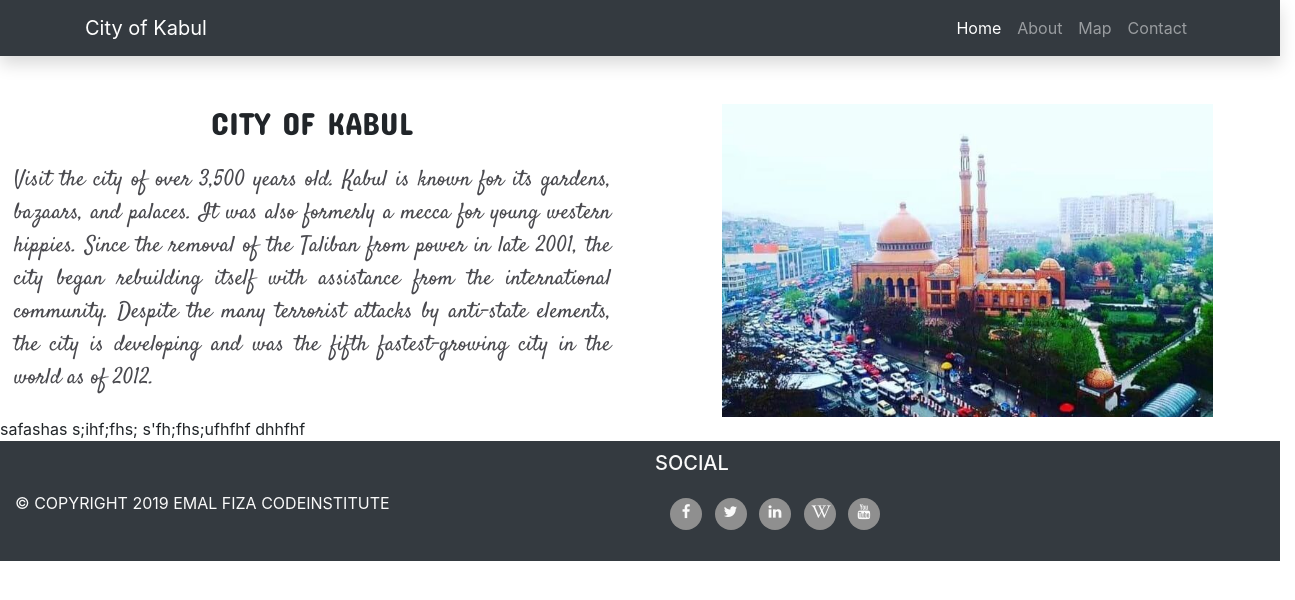
Repository: emalfiza/project-kabul
Page: about.html
The author's editor kept a record of every edit. The page is drawn from the files as they stood at one moment, then again after the next edit.
The browser window is 1280 px wide. The page is 1295 px wide, so the pictures cover 1295 px, including what lies to the right of the window. The pictures show the whole page.

Above is the page before.

### about.html
<!DOCTYPE html>
<html lang="en">

<head>
  <meta charset="UTF-8">
  <meta name="viewport" content="width=device-width, initial-scale=1.0">
  <meta http-equiv="X-UA-Compatible" content="ie=edge">
  <link rel="stylesheet" href="https://stackpath.bootstrapcdn.com/bootstrap/4.3.1/css/bootstrap.min.css" type="text/css" />
  <link rel="stylesheet" href="https://stackpath.bootstrapcdn.com/font-awesome/4.7.0/css/font-awesome.min.css" type="text/css" />
  <link rel="stylesheet" href="assets/css/style.css" type="text/css" />
  <title>City of Kabul</title>
</head>

<body>
  <header>

    <!------------------------------------------- Navigation -->

    <nav class="navbar navbar-expand-lg navbar-dark bg-dark static-top mb-5 shadow">
      <div class="container">
        <a class="navbar-brand" href="#">City of Kabul</a>
        <button class="navbar-toggler" type="button" data-toggle="collapse" data-target="#navbarResponsive" aria-controls="navbarResponsive" aria-expanded="false" aria-label="Toggle navigation">
          <span class="navbar-toggler-icon"></span>
        </button>
        <div class="collapse navbar-collapse" id="navbarResponsive">
          <ul class="navbar-nav ml-auto">
            <li class="nav-item active">
              <a class="nav-link" href="#">Home
                <span class="sr-only">(current)</span>
              </a>
            </li>
            <li class="nav-item">
              <a class="nav-link" href="#">About</a>
            </li>
            <li class="nav-item">
              <a class="nav-link" href="#">Map</a>
            </li>
            <li class="nav-item">
              <a class="nav-link" href="#">Contact</a>
            </li>
          </ul>
        </div>
      </div>
    </nav>

  </header>

  <!------------------------------------------ Page Content -->

  <section class="conrainer-fluid">
    <div class="row">
      <div class="col-sm-6">
        <h2 class="section-heading uppercase">City of Kabul</h2>
        <p class="section-paragraph">
          Visit the city of over 3,500 years old. Kabul is known for its gardens, bazaars, and palaces. It was also formerly a mecca for young western hippies. Since the removal of the Taliban from power in late 2001, the city began rebuilding itself with assistance
          from the international community. Despite the many terrorist attacks by anti-state elements, the city is developing and was the fifth fastest-growing city in the world as of 2012.
        </p>
      </div>
      <div class="col-sm-6 image-kb">
      </div>
    </div>
  </section>
  safashas
  s;ihf;fhs;
  s'fh;fhs;ufhfhf
  dhhfhf

  <section>

  </section>
  <section>

  </section>

  <!------------------------------------------------ Footer -->

  <footer class="container-fluid">
    <div class="row">
      <div class="col-sm-6">
        <p class="uppercase general-sub special">&copy; Copyright 2019 Emal Fiza CodeInstitute</p>
      </div>
      <div class="col-sm-6">
        <h5 class="uppercase general-sub">Social</h5>
        <ul class="list-inline social-links">
          <li class="list-inline-item">
            <a target="_blank" href="#">
              <i class="fa fa-facebook" aria-hidden="true"></i>
              <span class="sr-only">Facebook</span>
            </a>
          </li>
          <li class="list-inline-item">
            <a target="_blank" href="#">
              <i class="fa fa-twitter" aria-hidden="true"></i>
              <span class="sr-only">Twitter</span>
            </a>
          </li>
          <li class="list-inline-item">
            <a target="_blank" href="#">
              <i class="fa fa-linkedin" aria-hidden="true"></i>
              <span class="sr-only">LinkedIn</span>
            </a>
          </li>
          <li class="list-inline-item">
            <a target="_blank" href="#">
              <i class="fa fa-wikipedia-w" aria-hidden="true"></i>
              <span class="sr-only">Wikipedia</span>
            </a>
          </li>
          <li class="list-inline-item">
            <a target="_blank" href="#">
              <i class="fa fa-youtube" aria-hidden="true"></i>
              <span class="sr-only">YouTube</span>
            </a>
          </li>
        </ul>
      </div>
    </div>

  </footer>
</body>

</html>

### assets/css/style.css
@import url('https://fonts.googleapis.com/css?family=Concert+One|Satisfy&display=swap:100,200,300,400,500,600,700,800|satisfy:100,200,300,400,500,600,700,800');

/* -----------------------------------------------------Navbar --*/

.navbar-brand {
  color: #fafafa;
}

/* -- The bellow body css imported from the startbootstrap.com --*/

.image {
  background: url("../images/kabul.jpg") no-repeat center center fixed;
  background-size: cover;
  -webkit-background-size: cover;
  -moz-background-size: cover;
  -o-background-size: cover;
}

.image-kb {
  background: url("../images/city-kabul.jpeg") no-repeat center;
  background-size: 75% auto;
  max-width: 100%;
  height: auto;
  margin: 0;
}

.image-kb-culture {
  background: url("../images/kabul-culture.jpg") no-repeat center;
  background-size: 75% auto;
  max-width: 100%;
  height: auto;
  margin: 0;
}

/* -----------------------------------------------------Heading --*/

.title {
  font-family: "Concert One", sans-serif;
  font-weight: bolder;
  text-align: center;
  letter-spacing: 2px;
  text-transform: uppercase;
  font-size: 60px;
  color: #fafafa;
  margin-bottom: 10px;
}

hr {
  width: 20%;
  display: block;
  margin-top: 0.5em;
  margin-bottom: 0.5em;
  margin-left: auto;
  margin-right: auto;
  border-style: double;
  border-width: 1px;
  border-radius: 2px;
  height: 2px;
  color: #fafafa;
  background-color: #fafafa;
}

.card {
  background-color: rgba(0, 0, 0, 0.3);
}

.context {
  margin-top: 14%;
}

.primary,
.lead {
  font-family: "satisfy", sans-serif;
  font-size: 22px;
  color: #fafafa;
  text-align: center;
  margin-top: 32px;
}

.lead {
  margin-top: 20px;
}

.section-heading {
  font-family: "Concert One", sans-serif;
  text-align: center;
}

/* -----------------------------------------------------Main content --*/

.section-paragraph {
  font-family: "Satisfy", sans-serif;
  margin: 22px 14px 22px 14px;
  text-align: justify;
  font-weight: 400;
  font-size: 22px;
  color: #4a4a4f;
}

.list-group {
  margin-top: 18px ;
  padding: 0;
  margin: 0;
  font-family: "Concert One", sans-serif;
  font-weight: 600;
  color: #212529;
}

/* -----------------------------------------------------Footer --*/

footer {
  background-color: #343a40!important;
  color: #fafafa;
  min-height: 100px;
}

.uppercase {
  text-transform: uppercase;
}

/* --The font-family for the general-sub I copied from the bootsratp navbar "DevTool" of my home page
because I wanted my footer font family to match my navbar--*/

.general-sub {
  font-family: -apple-system, BlinkMacSystemFont, "Segoe UI", Roboto, "Helvetica Neue",
  Arial, "Noto Sans", sans-serif, "Apple Color Emoji", "Segoe UI Emoji", "Segoe UI Symbol", "Noto Color Emoji";
  margin-top: 10px;
}

.special {
  margin-left: 0px;
  margin-top: 50px;
}

.social-links {
  padding: 15px;
}

.social-links li a i {
  position: relative;
  width: 32px;
  height: 32px;
  padding: 8px;
  border-radius: 50%;
  font-size: 15px;
  line-height: 12px;
  text-align: center;
  color: #fafafa;
  background-color: #8f8f8f;
  transition: all 0.40s ease-in-out;
  -moz-transition: all 0.40s ease-in-out;
  -webkit-transition: all 0.40s ease-in-out;
  -o-transition: all 0.40s ease-in-out;
}

.social-links li a i:hover {
  background-color: #252525;
}

After the next edit:
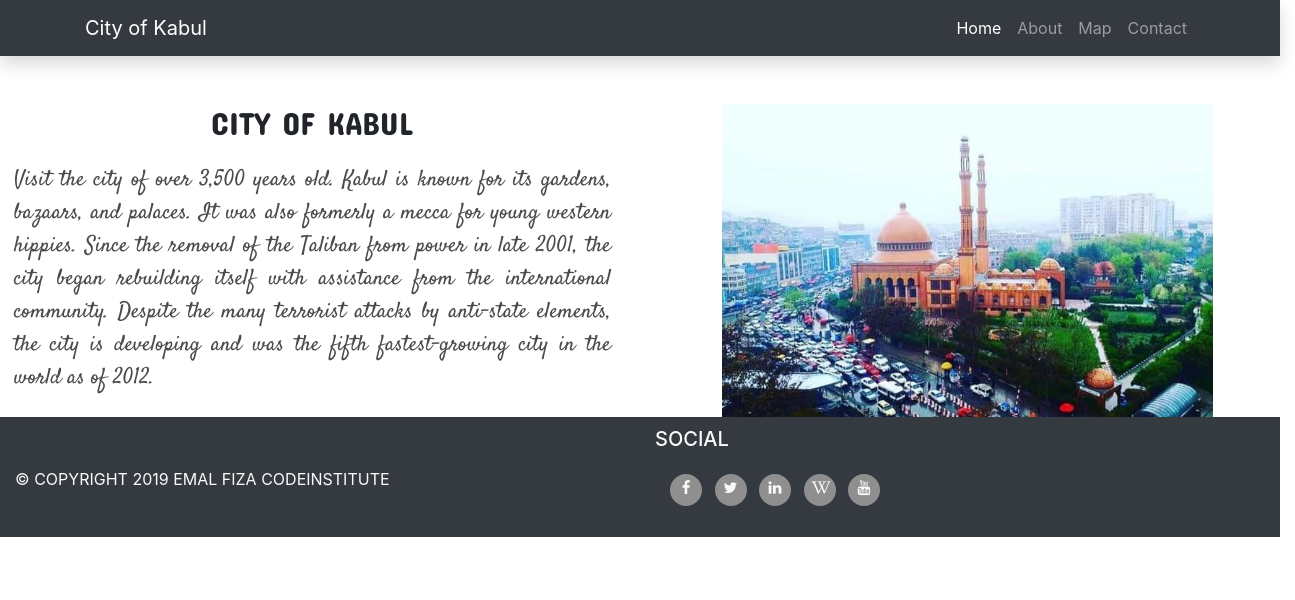
The edit:
--- a/about.html
+++ b/about.html
@@ -60,10 +60,6 @@
       </div>
     </div>
   </section>
-  safashas
-  s;ihf;fhs;
-  s'fh;fhs;ufhfhf
-  dhhfhf
 
   <section>
 
